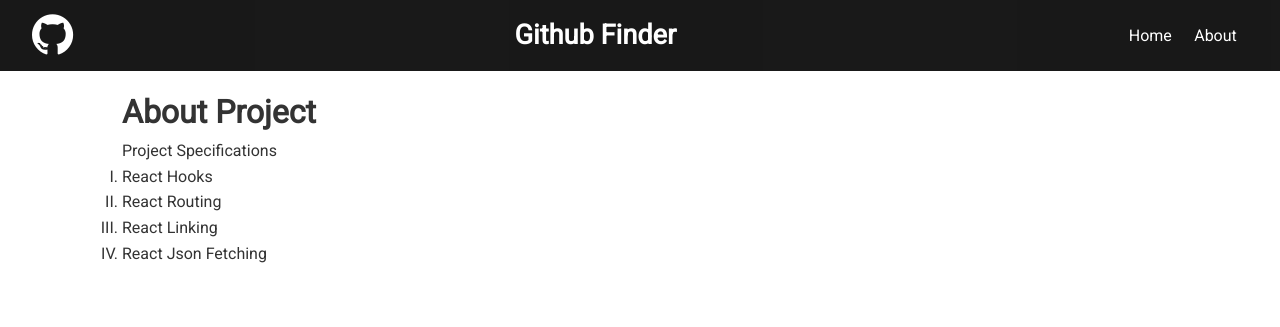
Repository: hemantsaini-7/ReactHooks-GitHub-Clone
Page: /about
The author's editor kept a copy of each file at every save. The page is drawn from the files as they stood at one save, then again after the next save.
The browser window is 1280 px wide. The pictures show the whole page.
The project was rebuilt for these pictures with package versions that can differ from the ones it lists, and the page was loaded fresh each time. Also part of the build but not shown: src/components/users/UserItem.js, src/components/layout/Spinner.js, src/components/users/Users.js, src/components/repos/RepoItem.js, src/components/repos/Repos.js, src/components/users/User.js, src/components/users/Search.js, src/components/layout/Alert.js.

Above is the page before, as saved 2020-08-06 10:01:30.

### public/index.html
<!DOCTYPE html>
<html lang="en">
  <head>
    <meta charset="utf-8" />
    <link rel="icon" href="%PUBLIC_URL%/favicon.ico" />
    <meta name="viewport" content="width=device-width, initial-scale=1" />
    <meta name="theme-color" content="#000000" />
    <meta
      name="description"
      content="Web site created using create-react-app"
    />
    <link rel="apple-touch-icon" href="%PUBLIC_URL%/logo192.png" />

    <link rel="manifest" href="%PUBLIC_URL%/manifest.json" />
    <link
      rel="stylesheet"
      href="https://stackpath.bootstrapcdn.com/font-awesome/4.7.0/css/font-awesome.min.css"
    />
    <title>React App</title>
  </head>
  <body>
    <noscript>You need to enable JavaScript to run this app.</noscript>
    <div id="root"></div>
  </body>
</html>

### src/App.js
import React, { Fragment, useState } from "react";
import "./App.css";
import { BrowserRouter as Router, Switch, Route } from "react-router-dom";
import Navbar from "./components/layout/Navbar";
import Users from "./components/users/Users";
import User from "./components/users/User";
import Search from "./components/users/Search";
import Alert from "./components/layout/Alert";
import About from "./components/pages/About";
import axios from "axios";
const App = () => {
  const [users, setUsers] = useState([]);
  const [user, setUser] = useState({});
  const [repos, setRepos] = useState([]);
  const [loading, setLoading] = useState(false);
  const [alert, setAlert] = useState(null);

  const searchUsers = async (text) => {
    //this.setState({ loading: true });
    setLoading(true);
    const res = await axios.get(
      `https://api.github.com/search/users?q=${text}&cliend_id=${process.env.REACT_APP_GITHUB_CLIENT_ID}&client_secret=${process.env.REACT_APP_GITHUB_CLIENT_SECRET}`
    );
    setUsers(res.data.items);
    setLoading(false);
  };

  const clearUsers = () => {
    setUsers([]);
    setLoading(false);
  };

  const showAlert = (msg, type) => {
    //this.setState({ alert: { msg, type } });
    setAlert({ msg, type });
    setTimeout(() => setAlert(null), 5000);
  };

  const getUser = async (username) => {
    setLoading(true);
    const res = await axios.get(
      `https://api.github.com/users/${username}?cliend_id=${process.env.REACT_APP_GITHUB_CLIENT_ID}&client_secret=${process.env.REACT_APP_GITHUB_CLIENT_SECRET}`
    );
    setUser(res.data);
    setLoading(false);
  };

  const getUserRepos = async (username) => {
    setLoading(true);
    const res = await axios.get(
      `https://api.github.com/users/${username}/repos?per_page=5&sort=created:asc&cliend_id=${process.env.REACT_APP_GITHUB_CLIENT_ID}&client_secret=${process.env.REACT_APP_GITHUB_CLIENT_SECRET}`
    );
    setRepos(res.data);
    setLoading(false);
  };

  return (
    <Router>
      <div className='App'>
        <Navbar title='Github Finder' />
        <div className='container'>
          <Alert alert={alert} />
          <Switch>
            <Route
              exact
              path='/'
              render={(props) => (
                <Fragment>
                  <Search
                    searchUsers={searchUsers}
                    clearUsers={clearUsers}
                    showClear={users.length > 0 ? true : false}
                    setAlert={showAlert}
                  />
                  <Users users={users} loading={loading} />
                </Fragment>
              )}
            />
            <Route exact path='/about' component={About} />
            <Route
              exact
              path='/user/:login'
              render={(props) => (
                <User
                  {...props}
                  getUser={getUser}
                  getUserRepos={getUserRepos}
                  repos={repos}
                  user={user}
                  loading={loading}
                />
              )}
            />
          </Switch>
        </div>
      </div>
    </Router>
  );
};

export default App;

### src/App.css
@import url("https://fonts.googleapis.com/css?family=Roboto");

/* Global Styles */
:root {
  --primary-color: #dc3545;
  --dark-color: #333333;
  --light-color: #f4f4f4;
  --danger-color: #dc3545;
  --success-color: #28a745;
}

* {
  box-sizing: border-box;
  margin: 0;
  padding: 0;
}

body {
  font-family: "Roboto", sans-serif;
  font-size: 1rem;
  line-height: 1.6;
  background-color: #fff;
  color: #333;
}

a {
  color: var(--primary-color);
  text-decoration: none;
}

a:hover {
  color: #666;
}

ul {
  list-style: none;
}

img {
  width: 100%;
}

/* Utilities */
.container {
  max-width: 1100px;
  margin: auto;
  overflow: hidden;
  padding: 0 2rem;
}

/* Text Styles*/
.x-large {
  font-size: 4rem;
  line-height: 1.2;
  margin-bottom: 1rem;
}

.large {
  font-size: 3rem;
  line-height: 1.2;
  margin-bottom: 1rem;
}

.lead {
  font-size: 1.5rem;
  margin-bottom: 1rem;
}

.text-center {
  text-align: center;
}

.text-primary {
  color: var(--primary-color);
}

.text-dark {
  color: var(--dark-color);
}

.text-success {
  color: var(--success-color);
}

.text-danger {
  color: var(--danger-color);
}

.text-center {
  text-align: center;
}

.text-right {
  text-align: right;
}

.text-left {
  text-align: left;
}

/* Center All */
.all-center {
  display: flex;
  flex-direction: column;
  width: 100%;
  margin: auto;
  justify-content: center;
  align-items: center;
  text-align: center;
}

/* Cards */
.card {
  padding: 1rem;
  border: #ccc 1px dotted;
  margin: 0.7rem 0;
}

/* List */
.list {
  margin: 0.5rem 0;
}

.list li {
  padding-bottom: 0.3rem;
}

/* Padding */
.p {
  padding: 0.5rem;
}
.p-1 {
  padding: 1rem;
}
.p-2 {
  padding: 2rem;
}
.p-3 {
  padding: 3rem;
}
.py {
  padding: 0.5rem 0;
}
.py-1 {
  padding: 1rem 0;
}
.py-2 {
  padding: 2rem 0;
}
.py-3 {
  padding: 3rem 0;
}

/* Margin */
.m {
  margin: 0.5rem;
}
.m-1 {
  margin: 1rem;
}
.m-2 {
  margin: 2rem;
}
.m-3 {
  margin: 3rem;
}
.my {
  margin: 0.5rem 0;
}
.my-1 {
  margin: 1rem 0;
}
.my-2 {
  margin: 2rem 0;
}
.my-3 {
  margin: 3rem 0;
}

/* Grid */
.grid-2 {
  display: grid;
  grid-template-columns: repeat(2, 1fr);
  grid-gap: 1rem;
}

.grid-3 {
  display: grid;
  grid-template-columns: repeat(3, 1fr);
  grid-gap: 1rem;
}

.grid-4 {
  display: grid;
  grid-template-columns: repeat(4, 1fr);
  grid-gap: 1rem;
}

.btn {
  display: inline-block;
  background: var(--light-color);
  color: #333;
  padding: 0.4rem 1.3rem;
  font-size: 1rem;
  border: none;
  cursor: pointer;
  margin-right: 0.5rem;
  transition: opacity 0.2s ease-in;
  outline: none;
}

.btn-link {
  background: none;
  padding: 0;
  margin: 0;
}

.btn-block {
  display: block;
  width: 100%;
}

.btn-sm {
  font-size: 0.8rem;
  padding: 0.3rem 1rem;
  margin-right: 0.2rem;
}

.badge {
  display: inline-block;
  font-size: 0.8rem;
  padding: 0.2rem 0.7rem;
  text-align: center;
  margin: 0.3rem;
  background: var(--light-color);
  color: #333;
  border-radius: 5px;
}

.alert {
  padding: 0.7rem;
  margin: 1rem 0;
  opacity: 0.9;
  background: var(--light-color);
  color: #333;
}

.btn-primary,
.bg-primary,
.badge-primary,
.alert-primary {
  background: var(--primary-color);
  color: #fff;
}

.btn-light,
.bg-light,
.badge-light,
.alert-light {
  background: var(--light-color);
  color: #333;
}

.btn-dark,
.bg-dark,
.badge-dark,
.alert-dark {
  background: var(--dark-color);
  color: #fff;
}

.btn-danger,
.bg-danger,
.badge-danger,
.alert-danger {
  background: var(--danger-color);
  color: #fff;
}

.btn-success,
.bg-success,
.badge-success,
.alert-success {
  background: var(--success-color);
  color: #fff;
}

.btn-white,
.bg-white,
.badge-white,
.alert-white {
  background: #fff;
  color: #333;
  border: #ccc solid 1px;
}

.btn:hover {
  opacity: 0.8;
}

.bg-light,
.badge-light {
  border: #ccc solid 1px;
}

.round-img {
  border-radius: 50%;
}

/* Forms */
input {
  margin: 1.2rem 0;
}

.form-text {
  display: block;
  margin-top: 0.3rem;
  color: #888;
}

input[type="text"],
input[type="email"],
input[type="password"],
input[type="date"],
select,
textarea {
  display: block;
  width: 100%;
  padding: 0.4rem;
  font-size: 1.2rem;
  border: 1px solid #ccc;
}

input[type="submit"],
button {
  font: inherit;
}

table th,
table td {
  padding: 1rem;
  text-align: left;
}

table th {
  background: var(--light-color);
}

/* Navbar */
.navbar {
  display: flex;
  justify-content: space-between;
  align-items: center;
  padding: 0.7rem 2rem;
  z-index: 1;
  width: 100%;
  opacity: 0.9;
  margin-bottom: 1rem;
}

.navbar ul {
  display: flex;
}

.navbar a {
  color: #fff;
  padding: 0.45rem;
  margin: 0 0.25rem;
}

.navbar a:hover {
  color: var(--light-color);
}

.navbar .welcome span {
  margin-right: 0.6rem;
}
.bg-black {
  background: #000;
  color: #fff;
}
.nav-head {
  font-size: 1.7rem;
  /* margin-left: 100px; */
}
.s-field {
  border-radius: 10px;
  box-shadow: inset 0px 0px 10px #ccc;
}
.s-field:focus {
  outline: none;
}
/* Mobile Styles */
@media (max-width: 700px) {
  .hide-sm {
    display: none;
  }

  .grid-2,
  .grid-3,
  .grid-4 {
    grid-template-columns: 1fr;
  }

  /* Text Styles */
  .x-large {
    font-size: 3rem;
  }

  .large {
    font-size: 2rem;
  }

  .lead {
    font-size: 1rem;
  }

  /* Navbar */
  .navbar {
    display: block;
    text-align: center;
  }

  .navbar ul {
    text-align: center;
    justify-content: center;
  }
}

### src/components/layout/Navbar.js
import React from "react";
import { Link } from "react-router-dom";
function Navbar(props) {
  return (
    <nav className='navbar bg-black '>
      <span>
        <i className='fa fa-github fa-3x'></i>
      </span>
      <h3 className='nav-head'>{props.title}</h3>
      <ul>
        <li>
          <Link to='/'>Home</Link>
        </li>
        <li>
          <Link to='/about'>About</Link>
        </li>
      </ul>
    </nav>
  );
}

export default Navbar;

### src/components/pages/About.js
import React from "react";

const About = () => {
  return (
    <div className='about-div'>
      <h1>About Project</h1>
      <p>Project Specifications</p>
      <ol type='I'>
        <li>React Hooks</li>
        <li>React Routing</li>
        <li>React Linking</li>
        <li>React Json Fetching</li>
      </ol>
    </div>
  );
};
export default About;

Loaded but not shown: src/index.js (common file)

After the next save:
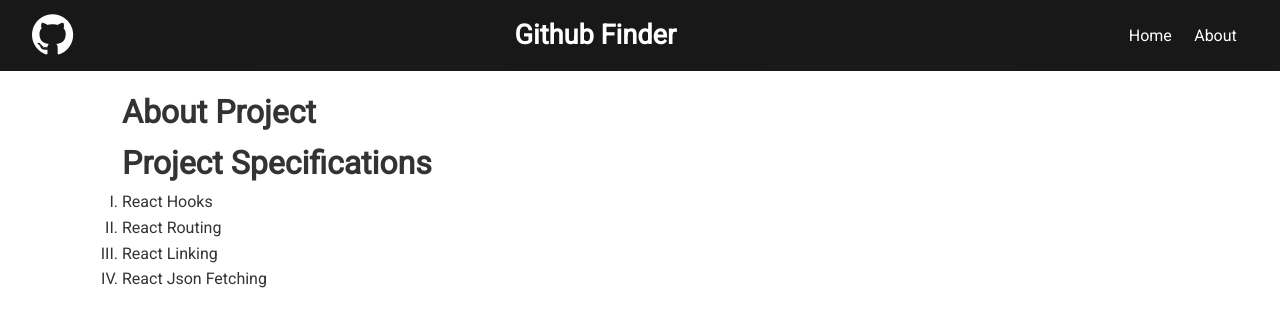
Saved 12 s later.
--- a/src/components/pages/About.js
+++ b/src/components/pages/About.js
@@ -4,7 +4,7 @@
   return (
     <div className='about-div'>
       <h1>About Project</h1>
-      <p>Project Specifications</p>
+      <h1>Project Specifications</h1>
       <ol type='I'>
         <li>React Hooks</li>
         <li>React Routing</li>
